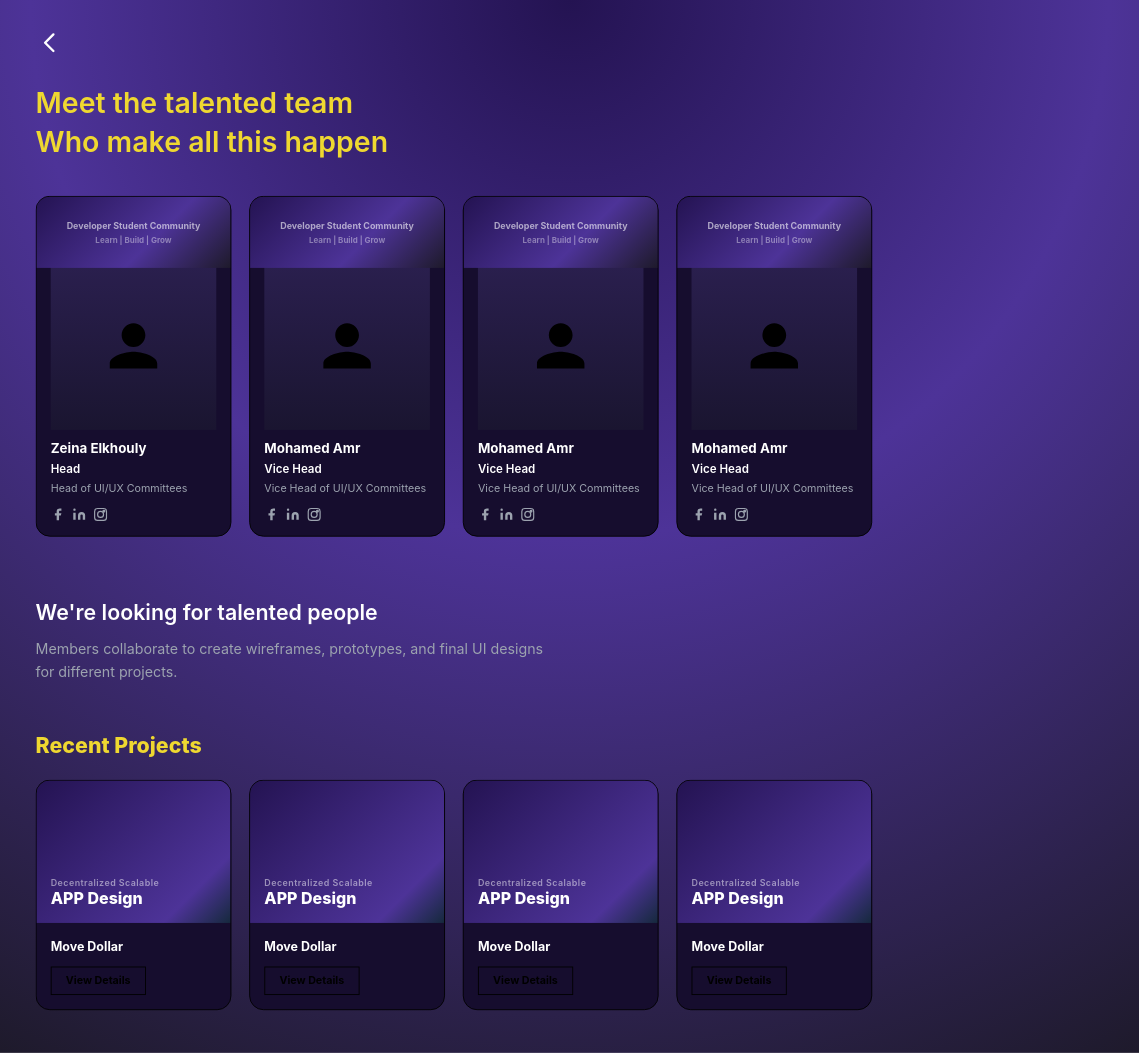
Repository: Frontend-Committee/StarUnion-Website
Page: /committees/artificial-intelligence
These files come from the project's save history. The page is drawn as it stood at one moment and after a run of saves; the edit follows.
The browser window is 1280 px wide. The pictures show the whole page, at 89% of full size.
The project was rebuilt for these pictures with package versions that can differ from the ones it lists, and the page was loaded fresh each time. Also part of the build but not shown: vite.config.js, src/features/committees/components/CommitteeBadge.jsx, src/features/committees/components/CommitteeCard.jsx, src/features/committees/pages/CommitteesPage.jsx, src/components/common/Navbar.jsx, src/components/common/Footer.jsx.

Above is the page before, as saved 2026-02-26 03:05:04.

### index.html
<!doctype html>
<html lang="en">
  <head>
    <meta charset="UTF-8" />
    <meta name="viewport" content="width=device-width, initial-scale=1.0" />
    <title>star-union</title>
  </head>
  <body>
    <div id="root"></div>
    <script type="module" src="/src/main.jsx"></script>
  </body>
</html>

### src/App.jsx
import { BrowserRouter, Route, Routes } from "react-router-dom";
import "./App.css";

import CommitteeDetailsPage from "./features/committees/pages/CommitteeDetailsPage";
import CommitteesPage from "./features/committees/pages/CommitteesPage";
import MainLayout from "./layouts/MainLayout";

function App() {
  return (
    <BrowserRouter>
      <Routes>
        <Route element={<MainLayout />}>
          <Route path="/committees" element={<CommitteesPage />} />
          <Route path="/committees/:slug" element={<CommitteeDetailsPage />} />
          {/* Fallback — redirect to committees for now */}
          <Route path="*" />
        </Route>
      </Routes>
    </BrowserRouter>
  );
}

export default App;

### src/App.css
@tailwind base;
@tailwind components;
@tailwind utilities;

/* Import Inter from Google Fonts */
@import url("https://fonts.googleapis.com/css2?family=Inter:wght@400;500;600;700;800;900&display=swap");

/* Base global styles */
* {
  margin: 0;
  padding: 0;
  box-sizing: border-box;
}

html {
  scroll-behavior: smooth;
}

body {
  font-family:
    "Inter",
    -apple-system,
    BlinkMacSystemFont,
    "Segoe UI",
    Roboto,
    sans-serif;
  -webkit-font-smoothing: antialiased;
  -moz-osx-font-smoothing: grayscale;
}

/* Hide scrollbar utility */
.scrollbar-hide {
  -ms-overflow-style: none;
  scrollbar-width: none;
}
.scrollbar-hide::-webkit-scrollbar {
  display: none;
}

### src/features/committees/pages/CommitteeDetailsPage.jsx
import { useNavigate, useParams } from "react-router-dom";
import ScrollAnimation from "../../../components/ui/ScrollAnimation";
import {
  COMMITTEES_DATA,
  MOCK_PROJECTS,
  MOCK_TEAM_MEMBERS,
} from "../../../utils/constants";
import { motion } from "framer-motion";

/* ── tiny inline social icons ── */
const SocialIcon = ({ type, href }) => {
  const icons = {
    facebook: (
      <svg viewBox="0 0 24 24" fill="currentColor" className="w-4 h-4">
        <path d="M18 2h-3a5 5 0 00-5 5v3H7v4h3v8h4v-8h3l1-4h-4V7a1 1 0 011-1h3z" />
      </svg>
    ),
    linkedin: (
      <svg viewBox="0 0 24 24" fill="currentColor" className="w-4 h-4">
        <path d="M16 8a6 6 0 016 6v7h-4v-7a2 2 0 00-4 0v7h-4v-7a6 6 0 016-6zM2 9h4v12H2zM4 6a2 2 0 100-4 2 2 0 000 4z" />
      </svg>
    ),
    instagram: (
      <svg
        viewBox="0 0 24 24"
        fill="none"
        stroke="currentColor"
        strokeWidth="2"
        className="w-4 h-4"
      >
        <rect x="2" y="2" width="20" height="20" rx="5" />
        <circle cx="12" cy="12" r="5" />
        <circle cx="17.5" cy="6.5" r="1.5" fill="currentColor" />
      </svg>
    ),
  };
  return (
    <a
      href={href}
      className="text-gray-400 hover:text-secondary transition-colors"
    >
      {icons[type]}
    </a>
  );
};

/* ── team member card ── */
const TeamCard = ({ member, delay = 0 }) => (
  <ScrollAnimation variant="fade-up" delay={delay} className="flex-shrink-0">
    <motion.div
      whileHover={{ y: -4 }}
      className="min-w-[220px] max-w-[260px] h-full rounded-[16px] overflow-hidden border border-primary/30 bg-[#160d2e]"
    >
      {/* Banner */}
      <div
        className="h-[80px] relative overflow-hidden"
        style={{
          background: `linear-gradient(135deg, #241352 0%, #4D3398 60%, #1E1A2B 100%)`,
        }}
      >
        <div className="absolute inset-0 flex items-center justify-center">
          <p className="text-[9px] text-white/60 font-bold text-center leading-tight px-3">
            <span className="text-secondary text-[10px] block">
              Developer Student Community
            </span>
            <span className="text-white/40 mt-1 block">
              Learn | Build | Grow
            </span>
          </p>
        </div>
      </div>

      {/* Photo */}
      <div className="px-4 -mt-1">
        <div className="w-full aspect-square bg-gradient-to-b from-[#2a1f4e] to-[#1a1530] rounded-lg overflow-hidden flex items-center justify-center">
          {member.photo ? (
            <img
              src={member.photo}
              alt={member.name}
              className="w-full h-full object-cover"
            />
          ) : (
            <svg
              className="w-16 h-16 text-primary/30"
              viewBox="0 0 24 24"
              fill="currentColor"
            >
              <path d="M12 12c2.7 0 5-2.3 5-5s-2.3-5-5-5-5 2.3-5 5 2.3 5 5 5zm0 2c-3.3 0-10 1.7-10 5v2h20v-2c0-3.3-6.7-5-10-5z" />
            </svg>
          )}
        </div>
      </div>

      {/* Info */}
      <div className="p-4 pt-3 flex flex-col flex-1">
        <h4 className="text-white font-bold text-[15px] leading-tight">
          {member.name}
        </h4>
        <p className="text-white text-[13px] mt-1 font-semibold">
          {member.role}
        </p>
        <p className="text-gray-400 text-[12px] mt-1 leading-snug">
          {member.description}
        </p>

        {/* Social icons */}
        <div className="flex gap-2 mt-auto pt-3">
          {member.socials?.facebook && (
            <SocialIcon type="facebook" href={member.socials.facebook} />
          )}
          {member.socials?.linkedin && (
            <SocialIcon type="linkedin" href={member.socials.linkedin} />
          )}
          {member.socials?.instagram && (
            <SocialIcon type="instagram" href={member.socials.instagram} />
          )}
        </div>
      </div>
    </motion.div>
  </ScrollAnimation>
);

/* ── project card ── */
const ProjectCard = ({ project, delay = 0 }) => (
  <ScrollAnimation variant="fade-up" delay={delay} className="flex-shrink-0">
    <motion.div
      whileHover={{ y: -4 }}
      className="min-w-[220px] max-w-[260px] h-full rounded-[16px] overflow-hidden border border-primary/30 bg-[#160d2e]"
    >
      {/* Project image area */}
      <div
        className="h-[160px] relative overflow-hidden"
        style={{
          background: `linear-gradient(135deg, #241352 0%, #4D3398 80%, #11EDA420 100%)`,
        }}
      >
        <div className="absolute inset-0 flex flex-col items-start justify-end p-4">
          <p className="text-white/50 text-[10px] font-semibold tracking-wider">
            {project.subtitle}
          </p>
          <h4 className="text-white text-[18px] font-extrabold leading-tight">
            {project.type}
          </h4>
        </div>
        {/* Decorative dots */}
        <div className="absolute top-4 right-4 flex flex-col gap-1">
          <div className="w-1.5 h-1.5 rounded-full bg-secondary/50" />
          <div className="w-1.5 h-1.5 rounded-full bg-secondary/30" />
          <div className="w-1.5 h-1.5 rounded-full bg-secondary/20" />
        </div>
      </div>

      {/* Bottom */}
      <div className="p-4 flex flex-col flex-1">
        <p className="text-white font-bold text-[14px] mb-3">{project.title}</p>
        <button className="px-4 py-[6px] text-[12px] text-secondary border border-secondary rounded-md hover:bg-secondary/10 transition-colors font-bold mt-auto self-start">
          View Details
        </button>
      </div>
    </motion.div>
  </ScrollAnimation>
);

/* ── main page ── */
export default function CommitteeDetailsPage() {
  const { slug } = useParams();
  const navigate = useNavigate();

  const committee = COMMITTEES_DATA.find((c) => c.slug === slug);

  if (!committee) {
    return (
      <div className="min-h-screen bg-gradientBg3 flex items-center justify-center">
        <p className="text-white text-h3">Committee not found</p>
      </div>
    );
  }

  return (
    <section className="min-h-screen bg-gradientBg3 py-8 px-4 md:px-8">
      <div className="max-w-[1200px] mx-auto">
        {/* Back button */}
        <ScrollAnimation variant="fade-right">
          <button
            onClick={() => navigate("/committees")}
            className="text-white hover:text-secondary transition-colors mb-8 flex items-center gap-2 group cursor-pointer"
            id="back-to-committees"
          >
            <svg
              className="w-8 h-8 group-hover:-translate-x-1 transition-transform"
              viewBox="0 0 24 24"
              fill="none"
              stroke="currentColor"
              strokeWidth="2"
            >
              <path
                strokeLinecap="round"
                strokeLinejoin="round"
                d="M15 19l-7-7 7-7"
              />
            </svg>
          </button>
        </ScrollAnimation>

        {/* Section: Meet the team */}
        <ScrollAnimation variant="fade-up" delay={100}>
          <div className="mb-10">
            <h1 className="text-tertiary text-h2 font-semibold leading-tight">
              Meet the talented team
            </h1>
            <h2 className="text-tertiary text-h2 font-semibold leading-tight mt-1">
              Who make all this happen
            </h2>
          </div>
        </ScrollAnimation>

        {/* Team members row */}
        <ScrollAnimation variant="fade-up" delay={200}>
          <div className="flex gap-5 overflow-x-auto pb-4 mb-14 scrollbar-hide">
            {MOCK_TEAM_MEMBERS.map((member, i) => (
              <TeamCard
                key={member.id + "-" + i}
                member={member}
                delay={i * 100}
              />
            ))}
          </div>
        </ScrollAnimation>

        {/* Section: Looking for talented people */}
        <ScrollAnimation variant="fade-up" delay={300}>
          <div className="mb-14">
            <h3 className="text-white text-h3 font-semibold mb-3">
              We're looking for talented people
            </h3>
            <p className="text-gray-400 text-body font-normal max-w-xl leading-relaxed">
              Members collaborate to create wireframes, prototypes, and final UI
              designs for different projects.
            </p>
          </div>
        </ScrollAnimation>

        {/* Section: Recent Projects */}
        <ScrollAnimation variant="fade-up" delay={400}>
          <div>
            <h3 className="text-tertiary text-h3 font-extrabold mb-6">
              Recent Projects
            </h3>

            <div className="flex gap-5 overflow-x-auto pb-4 scrollbar-hide">
              {MOCK_PROJECTS.map((project, i) => (
                <ProjectCard
                  key={project.id + "-" + i}
                  project={project}
                  delay={i * 100}
                />
              ))}
            </div>
          </div>
        </ScrollAnimation>
      </div>
    </section>
  );
}

### src/layouts/MainLayout.jsx
import { Outlet } from "react-router-dom";
import Navbar from "../components/common/Navbar";
import Footer from "../components/common/Footer";

export default function MainLayout() {
  return (
    <div className="flex flex-col min-h-screen">
      {/* <Navbar /> */}
      <main className="flex-1">
        <Outlet />
      </main>
      {/* <Footer /> */}
    </div>
  );
}

### src/components/ui/ScrollAnimation.jsx
import { useEffect, useRef, useState } from 'react';

export default function ScrollAnimation({
    children,
    className = '',
    variant = 'fade-up',
    delay = 0,
    style
}) {
    const [isVisible, setIsVisible] = useState(false);
    const ref = useRef(null);

    useEffect(() => {
        const observer = new IntersectionObserver(([entry]) => {
            if (!entry) return;
            if (entry.isIntersecting) {
                setIsVisible(true);
                observer.disconnect();
            }
        }, { threshold: 0.1 });

        if (ref.current) observer.observe(ref.current);
        return () => observer.disconnect();
    }, []);

    const variants = {
        'fade-up': 'translate-y-10',
        'fade-down': '-translate-y-10',
        'fade-left': 'translate-x-10',
        'fade-right': '-translate-x-10',
        'zoom-in': 'scale-95'
    };

    return (
        <div
            ref={ref}
            className={`transition-all duration-700 ease-out ${isVisible
                ? 'opacity-100 transform-none'
                : `opacity-0 ${variants[variant]}`
            } ${className}`}
            style={{ transitionDelay: `${delay}ms`, ...style }}
        >
            {children}
        </div>
    );
}

### src/utils/constants.js
// Committee filter categories
export const COMMITTEE_CATEGORIES = {
  ALL: "all",
  TECHNICAL: "technical",
  NON_TECHNICAL: "non-technical",
};

// All 13 committees from Figma design
export const COMMITTEES_DATA = [
  {
    id: 1,
    name: "Video Editing",
    slug: "video-editing",
    type: "technical",
    accent: "teal",
    icon: "video",
  },
  {
    id: 2,
    name: "UI / UX",
    slug: "ui-ux",
    type: "technical",
    accent: "teal",
    icon: "uiux",
  },
  {
    id: 3,
    name: "Back-End",
    slug: "back-end",
    type: "technical",
    accent: "teal",
    icon: "backend",
  },
  {
    id: 4,
    name: "Artificial Intelligence",
    slug: "artificial-intelligence",
    type: "technical",
    accent: "teal",
    icon: "ai",
  },
  {
    id: 5,
    name: "Front-End",
    slug: "front-end",
    type: "technical",
    accent: "teal",
    icon: "frontend",
  },
  {
    id: 6,
    name: "Mobile App",
    slug: "mobile-app",
    type: "technical",
    accent: "teal",
    icon: "mobile",
  },
  {
    id: 7,
    name: "Public Relations",
    slug: "public-relations",
    type: "non-technical",
    accent: "teal",
    icon: "pr",
  },
  {
    id: 8,
    name: "HR & Quality Control",
    slug: "hr-quality-control",
    type: "non-technical",
    accent: "teal",
    icon: "hr",
  },
  {
    id: 9,
    name: "Data Analysis",
    slug: "data-analysis",
    type: "technical",
    accent: "yellow",
    icon: "data",
  },
  {
    id: 10,
    name: "Graphic Design",
    slug: "graphic-design",
    type: "technical",
    accent: "yellow",
    icon: "graphic",
  },
  {
    id: 11,
    name: "Organizing",
    slug: "organizing",
    type: "non-technical",
    accent: "yellow",
    icon: "organize",
  },
  {
    id: 12,
    name: "Digital Marketing",
    slug: "digital-marketing",
    type: "non-technical",
    accent: "yellow",
    icon: "marketing",
  },
  {
    id: 13,
    name: "Photography",
    slug: "photography",
    type: "non-technical",
    accent: "purple",
    icon: "photo",
  },
];

// Accent color mapping
export const ACCENT_COLORS = {
  teal: "#11EDA4",
  yellow: "#EFD830",
  purple: "#7441FF",
};

// Mock team members for committee details
export const MOCK_TEAM_MEMBERS = [
  {
    id: 1,
    name: "Zeina Elkhouly",
    role: "Head",
    description: "Head of UI/UX Committees",
    photo: null,
    socials: { facebook: "#", linkedin: "#", instagram: "#" },
  },
  {
    id: 2,
    name: "Mohamed Amr",
    role: "Vice Head",
    description: "Vice Head of UI/UX Committees",
    photo: null,
    socials: { facebook: "#", linkedin: "#", instagram: "#" },
  },
  {
    id: 3,
    name: "Mohamed Amr",
    role: "Vice Head",
    description: "Vice Head of UI/UX Committees",
    photo: null,
    socials: { facebook: "#", linkedin: "#", instagram: "#" },
  },
  {
    id: 4,
    name: "Mohamed Amr",
    role: "Vice Head",
    description: "Vice Head of UI/UX Committees",
    photo: null,
    socials: { facebook: "#", linkedin: "#", instagram: "#" },
  },
];

// Mock recent projects for committee details
export const MOCK_PROJECTS = [
  {
    id: 1,
    title: "Move Dollar",
    type: "APP Design",
    subtitle: "Decentralized Scalable",
  },
  {
    id: 2,
    title: "Move Dollar",
    type: "APP Design",
    subtitle: "Decentralized Scalable",
  },
  {
    id: 3,
    title: "Move Dollar",
    type: "APP Design",
    subtitle: "Decentralized Scalable",
  },
  {
    id: 4,
    title: "Move Dollar",
    type: "APP Design",
    subtitle: "Decentralized Scalable",
  },
];

### tailwind.config.js
/** @type {import('tailwindcss').Config} */
module.exports = {
    darkMode: ["class"],
    content: ["./index.html", "./src/**/*.{js,jsx,ts,tsx}"],

  theme: {
  	container: {
  		center: true,
  		padding: {
  			DEFAULT: '16px',
  			lg: '24px'
  		}
  	},
  	extend: {
  		colors: {
  			primary: {
  				DEFAULT: 'hsl(var(--primary))',
  				foreground: 'hsl(var(--primary-foreground))'
  			},
  			secondary: {
  				DEFAULT: 'hsl(var(--secondary))',
  				foreground: 'hsl(var(--secondary-foreground))'
  			},
  			tertiary: '#EFD830',
  			background: 'hsl(var(--background))',
  			text: '#111111',
  			textInvert: '#FFFFFF',
  			muted: {
  				DEFAULT: 'hsl(var(--muted))',
  				foreground: 'hsl(var(--muted-foreground))'
  			},
  			card: {
  				DEFAULT: 'hsl(var(--card))',
  				foreground: 'hsl(var(--card-foreground))'
  			},
  			cardSoft: '#C8B5FC',
  			success: '#12B76A',
  			warning: '#F59E0B',
  			error: '#EF4444',
  			bg31: '#241352',
  			bg32: '#4D3398',
  			bg33: '#1E1A2B',
  			foreground: 'hsl(var(--foreground))',
  			popover: {
  				DEFAULT: 'hsl(var(--popover))',
  				foreground: 'hsl(var(--popover-foreground))'
  			},
  			accent: {
  				DEFAULT: 'hsl(var(--accent))',
  				foreground: 'hsl(var(--accent-foreground))'
  			},
  			destructive: {
  				DEFAULT: 'hsl(var(--destructive))',
  				foreground: 'hsl(var(--destructive-foreground))'
  			},
  			border: 'hsl(var(--border))',
  			input: 'hsl(var(--input))',
  			ring: 'hsl(var(--ring))',
  			chart: {
  				'1': 'hsl(var(--chart-1))',
  				'2': 'hsl(var(--chart-2))',
  				'3': 'hsl(var(--chart-3))',
  				'4': 'hsl(var(--chart-4))',
  				'5': 'hsl(var(--chart-5))'
  			}
  		},
  		backgroundImage: {
  			gradientBg3: 'radial-gradient(circle at top, #241352 0%, #4D3398 45%, #1E1A2B 100%)',
  			gradientFooter: 'linear-gradient(135deg, #E1D6FF 0%, #7441FF 100%)',
  			gradientBrand: 'linear-gradient(135deg, #7441FF 0%, #11EDA4 50%, #EFD830 100%)'
  		},
  		fontSize: {
  			h1: [
  				'44px',
  				{
  					lineHeight: '1.1',
  					fontWeight: '800'
  				}
  			],
  			h2: [
  				'32px',
  				{
  					lineHeight: '1.15',
  					fontWeight: '800'
  				}
  			],
  			h3: [
  				'24px',
  				{
  					lineHeight: '1.2',
  					fontWeight: '800'
  				}
  			],
  			h4: [
  				'20px',
  				{
  					lineHeight: '1.25',
  					fontWeight: '800'
  				}
  			],
  			body: [
  				'16px',
  				{
  					lineHeight: '1.6',
  					fontWeight: '800'
  				}
  			],
  			caption: [
  				'14px',
  				{
  					lineHeight: '1.4',
  					fontWeight: '800'
  				}
  			],
  			micro: [
  				'12px',
  				{
  					lineHeight: '1.35',
  					fontWeight: '800'
  				}
  			]
  		},
  		spacing: {
  			'1': '4px',
  			'2': '8px',
  			'3': '12px',
  			'4': '16px',
  			'6': '24px',
  			'8': '32px',
  			'12': '48px',
  			'16': '64px'
  		},
  		margin: {
  			'section-sm': '24px',
  			'section-md': '32px',
  			'section-lg': '48px',
  			'section-xl': '64px'
  		},
  		padding: {
  			'section-sm': '24px',
  			'section-md': '32px',
  			'section-lg': '48px',
  			'section-xl': '64px'
  		},
  		boxShadow: {
  			soft: '0 4px 10px rgba(0,0,0,0.1)'
  		},
  		borderRadius: {
  			card: '16px',
  			lg: 'var(--radius)',
  			md: 'calc(var(--radius) - 2px)',
  			sm: 'calc(var(--radius) - 4px)'
  		}
  	}
  },

  plugins: [require("tailwindcss-animate")],
};

Loaded but not shown: src/main.jsx (common file)

After the next 2 saves:
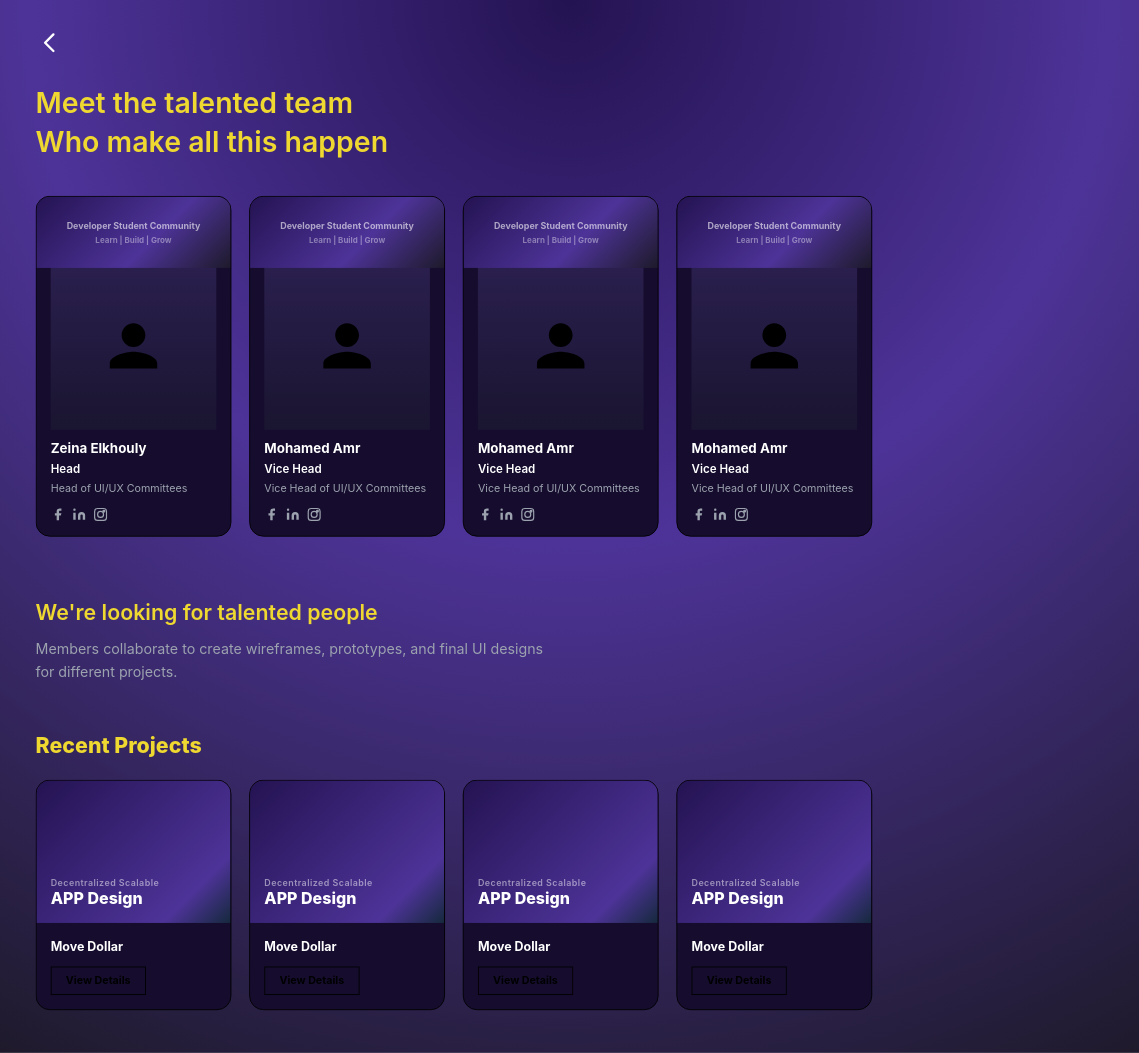
The 2 saves are shown as one change because they came seconds apart.
The last was saved 14 s later.
--- a/src/features/committees/pages/CommitteeDetailsPage.jsx
+++ b/src/features/committees/pages/CommitteeDetailsPage.jsx
@@ -230,7 +230,7 @@ export default function CommitteeDetailsPage() {
         {/* Section: Looking for talented people */}
         <ScrollAnimation variant="fade-up" delay={300}>
           <div className="mb-14">
-            <h3 className="text-white text-h3 font-semibold mb-3">
+            <h3 className="text-tertiary text-h3 font-semibold mb-3">
               We're looking for talented people
             </h3>
             <p className="text-gray-400 text-body font-normal max-w-xl leading-relaxed">
